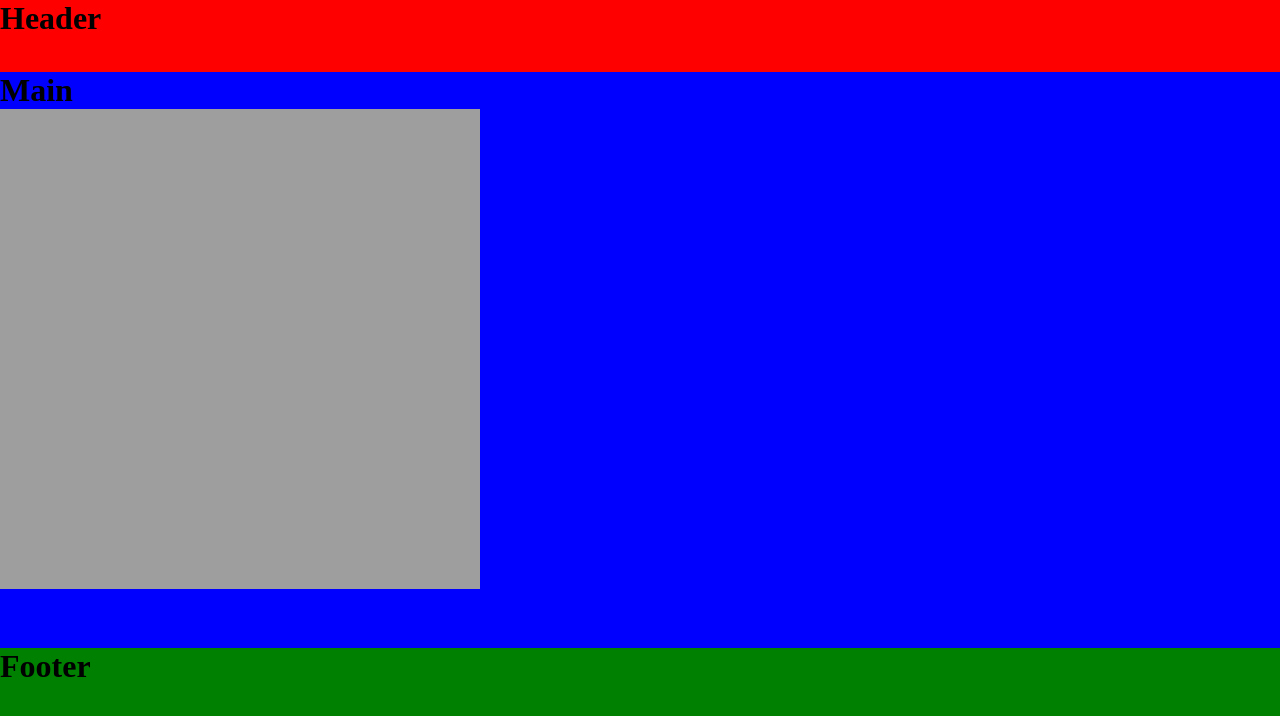
Repository: jameswilky/chess
Page: index.html
The author's editor kept a copy of each file at every save. The page is drawn from the files as they stood at one save, then again after the next save.
The browser window is 1280 px wide. The pictures show the whole page.

Above is the page before, as saved 2018-11-22 09:28:25.

After the next save:
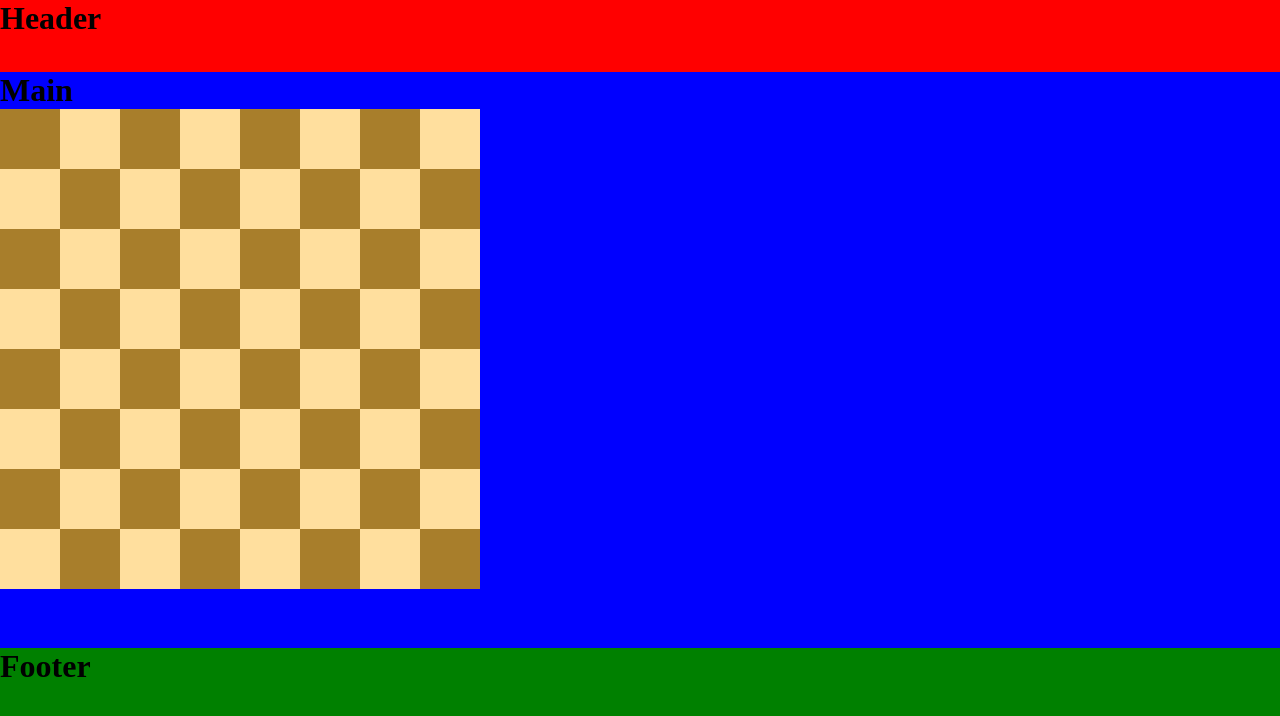
Saved 105 s later.
--- a/style.css
+++ b/style.css
@@ -21,15 +21,15 @@
 }
 
 #board {
-  left : 0; z-index:0; position: absolute;
+  left : 0; z-index:0;
 }
 
 #markers {
-  left : 0; z-index:0; position: absolute;
+  left : 0; z-index:0;
 }
 
 #chessmen_layer {
- left : 0; z-index:1; position: absolute;
+ left : 0; z-index:1;
 }
 
 header{
